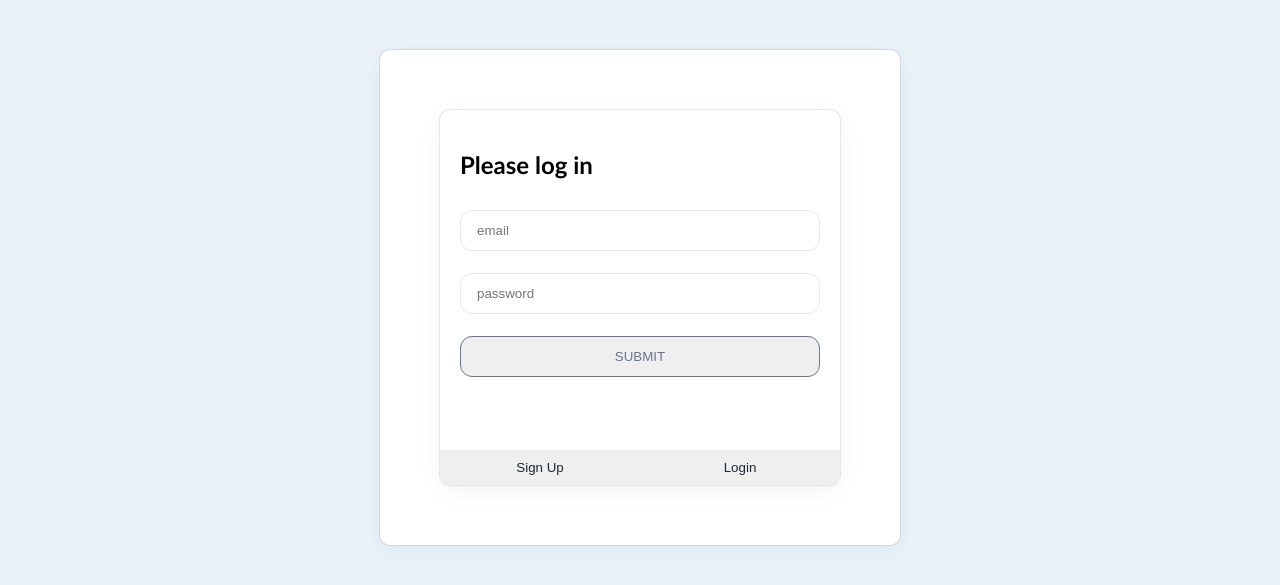
Repository: mosesvk/_todo
Page: / (app in client/)
An editor plug-in stored every save of this project. The page is shown before and after the next save, followed by the edit.
The browser window is 1280 px wide. The pictures show the whole page.
The project was rebuilt for these pictures with package versions that can differ from the ones it lists, and the page was loaded fresh each time. Also part of the build but not shown: client/vite.config.js, client/src/components/Modal.jsx, client/src/components/ListHeader.jsx, client/src/components/ProgressBar.jsx, client/src/components/ListItem.jsx. Imported but missing from the stored project, and not drawn on this page: client/src/components/TickIcon.

Above is the page before, as saved 2023-05-06 17:42:03.

After the next save:
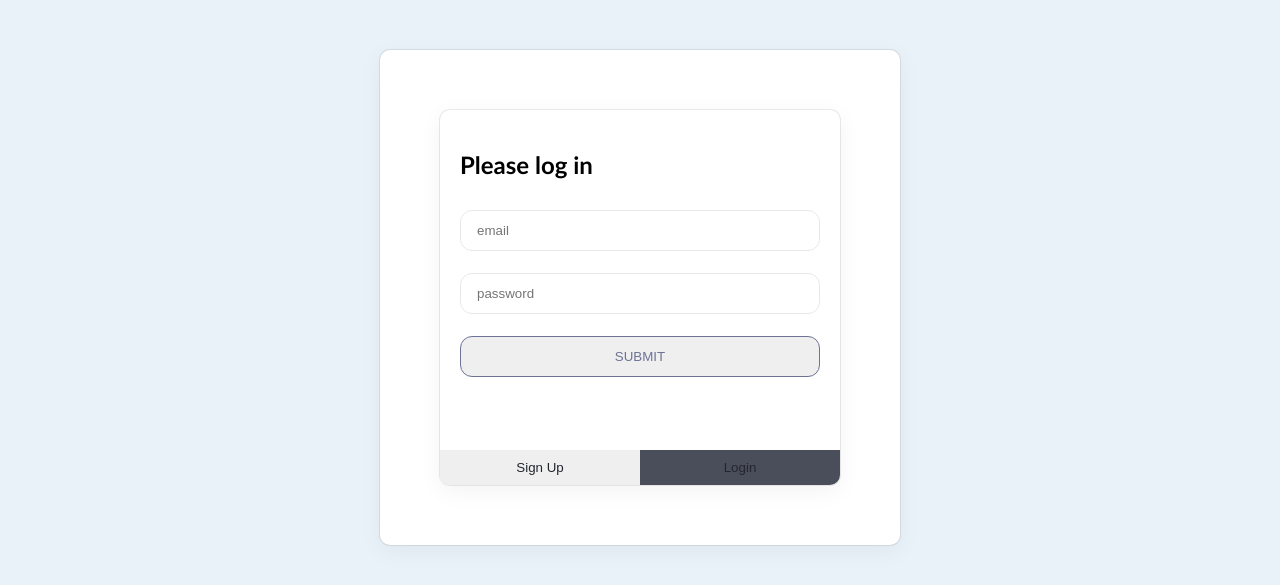
Saved 5 min 58 s later.
--- a/client/src/index.css
+++ b/client/src/index.css
@@ -206,3 +206,7 @@ input {
     padding: 10px;
     color: rgb(35, 38, 47)
 }
+
+.auth-options-highlighted {
+    background-color:  rgb(74, 78, 91);
+}
